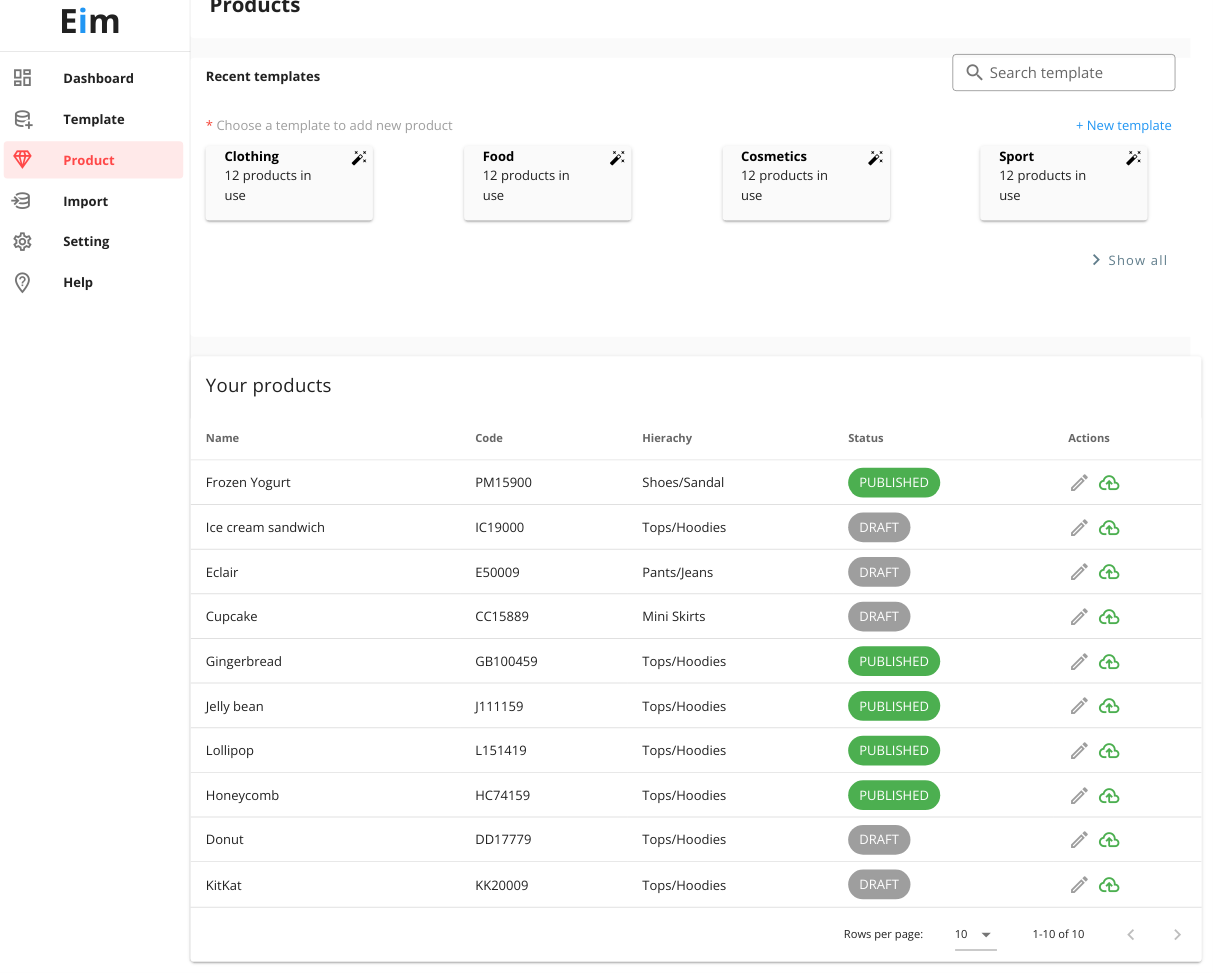
Repository: nguyenphuong152/pim-template
Page: /product
An editor plug-in stored every save of this project. The page is shown before and after the next save, followed by the edit.
The browser window is 1280 px wide. The page is 1304 px wide, so the pictures cover 1304 px, including what lies to the right of the window. The pictures show the whole page, at 93% of full size.
The project was rebuilt for these pictures with package versions that can differ from the ones it lists, and the page was loaded fresh each time. Also part of the build but not shown: vue.config.js, src/views/Home.vue, src/components/Outcome_1/SearchTemplate.vue, src/components/Outcome_1/YourTemplate.vue, src/components/Outcome_1/ListComponent.vue, src/components/Outcome_1/AddInfo.vue, src/components/Outcome_1/AddDetail.vue, src/components/Outcome_1/ListComponentProgressive.vue and 18 more.

Above is the page before, as saved 2021-01-19 00:03:48.

### public/index.html
<!DOCTYPE html>
<html lang="en">
  <head>
    <meta charset="utf-8" />
    <meta http-equiv="X-UA-Compatible" content="IE=edge" />
    <meta name="viewport" content="width=device-width,initial-scale=1.0" />
    <link rel="icon" href="<%= BASE_URL %>favicon.ico" />
    <link rel="preconnect" href="https://fonts.gstatic.com" />
    <link rel="preconnect" href="https://fonts.gstatic.com" />
    <link rel="preconnect" href="https://fonts.gstatic.com" />
    <link
      href="https://fonts.googleapis.com/css2?family=Open+Sans:wght@300;400;600;700;800&display=swap"
      rel="stylesheet"
    />
    <link
      href="https://fonts.googleapis.com/css?family=Montserrat:300,400,500,600,700"
      rel="stylesheet"
    />
    <title><%= htmlWebpackPlugin.options.title %></title>
    <link
      rel="stylesheet"
      href="https://fonts.googleapis.com/css?family=Roboto:100,300,400,500,700,900"
    />
    <link
      rel="stylesheet"
      href="https://cdn.jsdelivr.net/npm/@mdi/font@latest/css/materialdesignicons.min.css"
    />
  </head>
  <body>
    <noscript>
      <strong
        >We're sorry but <%= htmlWebpackPlugin.options.title %> doesn't work
        properly without JavaScript enabled. Please enable it to
        continue.</strong
      >
    </noscript>
    <div id="app"></div>
    <!-- built files will be auto injected -->
  </body>
</html>

### src/main.js
import Vue from "vue";
import App from "./App.vue";
import router from "./router";
import "../sass/style.scss";
import vuetify from "./plugins/vuetify";
import store from "./store";
import { VueMaskDirective } from "v-mask";
Vue.directive("mask", VueMaskDirective);

Vue.config.productionTip = false;

new Vue({
  store,
  router,
  vuetify,
  render: (h) => h(App),
}).$mount("#app");

### src/App.vue
<template>
  <v-app v-bind:style="{ background: activeColor }">
    <v-card height="80" flat class="hidden-md-and-up align-baseline">
      <v-row style="height:0px">
        <v-col class="px-0" cols="3">
          <span class="logo text-start">
            E<span class="blue--text">i</span>m</span
          >
        </v-col>
        <v-col>
          <div class="text-end">
            <v-menu offset-y>
              <template v-slot:activator="{ on }">
                <v-app-bar-nav-icon v-on="on"></v-app-bar-nav-icon>
              </template>
              <v-list>
                <v-list-item
                  v-for="(item, index) in items"
                  :key="index"
                  :to="item.path"
                  color="blue"
                >
                  <v-list-item-title class="text-start">{{
                    item.title
                  }}</v-list-item-title>
                </v-list-item>
              </v-list>
            </v-menu>
          </div>
        </v-col>
      </v-row>
    </v-card>

    <v-row>
      <v-col cols="2" class="pa-0 hidden-xs-only">
        <v-navigation-drawer permanent width="220" class="hidden-xs-only">
          <v-list-item>
            <v-list-item-content>
              <v-list-item-title class="logo">
                E<span class="blue--text">i</span>m
              </v-list-item-title>
            </v-list-item-content>
          </v-list-item>

          <v-divider></v-divider>

          <v-list dense nav class="text-start pl-4">
            <v-list-item
              v-for="item in items"
              :key="item.title"
              :to="item.path"
              color="#FF4848"
            >
              <v-list-item-icon>
                <v-icon>{{ item.icon }}</v-icon>
              </v-list-item-icon>
              <v-list-item-content>
                <v-list-item-title class="template-title font-weight-bold ">{{
                  item.title
                }}</v-list-item-title>
              </v-list-item-content>
            </v-list-item>
          </v-list>
        </v-navigation-drawer>
      </v-col>
      <v-col class="pa-0">
        <router-view />
      </v-col>
    </v-row>
  </v-app>
</template>

<script>
export default {
  name: "App",
  components: {},
  watch: {
    $route(to) {
      document.title = `${to.meta.title}`;
    },
  },
  data() {
    return {
      clicked: false,
      activeColor: "#FAFAFA",
      items: [
        { title: "Dashboard", icon: "mdi-view-dashboard-outline", path: "" },
        {
          title: "Template",
          icon: "mdi-database-plus-outline",
          path: "/template",
        },
        { title: "Product", icon: "mdi-diamond-stone", path: "/product" },
        {
          title: "Import",
          icon: "mdi-database-import-outline",
          path: "/import",
        },

        { title: "Setting", icon: "mdi-cog-outline", path: "" },
        { title: "Help", icon: "mdi-map-marker-question-outline", path: "" },
      ],
      right: null,
    };
  },
};
</script>

### src/router/index.js
import Vue from "vue";
import VueRouter from "vue-router";
import Home from "../views/Home.vue";
import Template from "../views/Outcome_1/CreateProductTemplate.vue";
import Product from "../views/Outcome_2/Outcome_2_screen.vue";
import AddProduct from "../views/Outcome_2/AddProduct.vue";
import Import from "../views/Outcome_3/outcome3_screen.vue";

Vue.use(VueRouter);

const routes = [
  {
    path: "/",
    name: "Home",
    component: Home,
  },
  {
    path: "/template",
    name: "Template",
    component: Template,
    meta: {
      title: "Add Template",
    },
  },
  {
    path: "/product",
    name: "Product",
    component: Product,
    meta: {
      title: "Product",
    },
  },
  {
    path: "/addproduct/:name",
    name: "AddProduct",
    component: AddProduct,
    meta: {
      title: "Add Product",
    },
  },
  {
    path: "/import",
    name: "Import",
    component: Import,
    meta: {
      title: "Import",
    },
  },
  {
    path: "/about",
    name: "About",
    // route level code-splitting
    // this generates a separate chunk (about.[hash].js) for this route
    // which is lazy-loaded when the route is visited.
    component: () =>
      import(/* webpackChunkName: "about" */ "../views/About.vue"),
  },
];

const router = new VueRouter({
  mode: "history",
  base: process.env.BASE_URL,
  routes,
});

export default router;

### sass/style.scss
$font-primary: 'Open Sans',
sans-serif;

@import "~vuetify/src/styles/styles.sass";

$fontsize-content: 14px;
$fontsize-title: 24px;
$fontsize-logo:36px;
$fontsize-header:22px;
$fontsize-nav:20px;


#app {
  font-family: $font-primary;
   font-size:$fontsize-content;
  -webkit-font-smoothing: antialiased;
  -moz-osx-font-smoothing: grayscale;
  text-align: center;
  color: #2c3e50;
}

#nav {
  padding: 30px;
}

#nav a {
  font-weight: bold;
  color: #2c3e50;
}

#nav a.router-link-exact-active {
  color: #42b983;
}

.title {
  font: $font-primary !important;
  font-size: $fontsize-nav !important;
}

.logo {
  @extend .title;
  font-weight: 700 !important;
  font-size: $fontsize-logo !important;
}

.text-header {
  font: $font-primary !important;
  font-size: $fontsize-header !important;
  font-weight: 700;
}


.template-title {
  @extend .title;
  font-size: $fontsize-content !important;
}

### src/store/index.js
import Vue from "vue";
import Vuex from "vuex";

Vue.use(Vuex);

import state from "./state";
import * as getters from "./getters";
import * as mutations from "./mutations";
import * as actions from "./actions";

export default new Vuex.Store({
  state,
  getters,
  mutations,
  actions,
});

### src/views/Outcome_2/Outcome_2_screen.vue
<template>
  <div>
    <v-row>
      <v-col height="100%"
        ><Search />
        <br />
        <RecentTemplate />
        <br />
        <ListProduct
          :class="{
            'mx-6': $vuetify.breakpoint.smAndDown,
            'ma-0': $vuetify.breakpoint.mdAndUp,
          }"
        />
      </v-col>
    </v-row>
  </div>
</template>

<script>
import Search from "../../components/Outcome_2/SearchProduct";
import RecentTemplate from "../../components/Outcome_2/RecentTemplate";
import ListProduct from "../../components/Outcome_2/ListProduct";
export default {
  components: {
    Search,
    RecentTemplate,
    ListProduct,
  },
};
</script>

<style></style>

### src/store/state.js
export default {
  listNewComponent: [],

  basicInfo: [],
  textComponent: [],
  imageComponent: null,
  videoComponent: null,
  colorComponent: null,
  dateComponent: [],
  selectComponent: {
    selectionTitle: [],
  },
  listTemplate: [],
  customComponent: [],

  toogleRerenderComponent: 0,
  generateImage: 1,
};

### src/store/getters.js
export const listComponent = (state) => {
  return state.listNewComponent;
};

export const basicInfo = (state) => {
  return state.basicInfo;
};

export const textComponent = (state) => {
  return state.textComponent;
};
export const imageComponent = (state) => {
  return state.imageComponent;
};
export const videoComponent = (state) => {
  return state.videoComponent;
};
export const colorComponent = (state) => {
  return state.colorComponent;
};
export const dateComponent = (state) => {
  return state.dateComponent;
};
export const selectComponent = (state) => {
  return state.selectComponent;
};

export const key = (state) => {
  return state.toogleRerenderComponent;
};

export const listTemplate = (state) => {
  return state.listTemplate;
};

export const generateImage = (state) => {
  return state.generateImage;
};

### src/store/actions.js
export const addComponentToList = ({ commit }, { component }) => {
  commit("ADD_TO_LIST", { component });
};

export const deleteComponentFromList = ({ commit }, component) => {
  commit("DELETE_FROM_LIST", component);
};

export const addBasicInfoForTemplate = ({ commit }, { basicInfo }) => {
  commit("ADD_BASIC_INFO_FOR_TEMPLATE", basicInfo);
};

export const addTextComponentForTemplate = ({ commit }, { textComponent }) => {
  commit("ADD_TEXT_COMPONENT_FOR_TEMPLATE", textComponent);
};

export const addImageComponentForTemplate = ({ commit }, { countImage }) => {
  commit("ADD_IMAGE_COMPONENT_FOR_TEMPLATE", countImage);
};

export const addVideoComponentForTemplate = ({ commit }, { countVideo }) => {
  commit("ADD_VIDEO_COMPONENT_FOR_TEMPLATE", countVideo);
};

export const addColorComponentForTemplate = ({ commit }, { countColor }) => {
  commit("ADD_COLOR_COMPONENT_FOR_TEMPLATE", countColor);
};

export const addDateComponentForTemplate = ({ commit }, { dateComponent }) => {
  commit("ADD_DATE_COMPONENT_FOR_TEMPLATE", dateComponent);
};

export const addSelectComponentForTemplate = (
  { commit },
  { title, selections }
) => {
  commit("ADD_SELECT_COMPONENT_FOR_TEMPLATE", { title, selections });
};

export const rerenderComponent = ({ commit }) => {
  commit("RERENDER_COMPONENT");
};

export const generateImage = ({ commit }) => {
  commit("GENERATE_IMAGE");
};

export const deleteListTemplate = ({ commit }) => {
  commit("DELETE_LIST");
};

export const createTemplate = (
  { commit },
  {
    name,
    basicInfo,
    textComponent,
    imageComponent,
    videoComponent,
    colorComponent,
    dateComponent,
    selectComponent,
  }
) => {
  commit("CREATE_TEMPLATE", {
    name,
    basicInfo,
    textComponent,
    imageComponent,
    videoComponent,
    colorComponent,
    dateComponent,
    selectComponent,
  });
};

### src/components/Outcome_2/SearchProduct.vue
<template>
  <v-card class="text-start" height="65" flat>
    <v-row class="d-flex align-baseline">
      <v-col md="10" class="text-header pl-8">Products</v-col>
    </v-row>
  </v-card>
</template>

<script>
export default {
  methods: {},
};
</script>

<style></style>

### src/components/Outcome_2/RecentTemplate.vue
<template>
  <v-card :height="setHeight" width="100%" class="py-2" flat>
    <v-row class="align-baseline mx-4">
      <v-col class="py-0 text-start px-0" cols="9"
        ><span class="font-weight-bold">Recent templates</span>
      </v-col>
      <v-col class="py-0 hidden-xs-only">
        <v-text-field
          outlined
          dense
          label="Search template"
          hint="Example: Clothes"
          prepend-inner-icon="mdi-magnify"
        ></v-text-field>
      </v-col>
    </v-row>
    <v-row class="mx-4">
      <span class="grey--text"
        ><span class="red--text">* </span> Choose a template to add new
        product</span
      >
      <v-spacer></v-spacer>
      <span class="blue--text hidden-xs-only mr-4">+ New template</span>
    </v-row>
    <v-row>
      <v-col v-for="(item, i) in items" :key="i" class="mx-4 " xs="6">
        <v-card
          color="#fafafa"
          :width="setWidthCard"
          height="80"
          @click="addProduct(item.name)"
        >
          <div class="d-flex child-flex justify-space-between">
            <v-row>
              <v-col class="text-start pl-8">
                <span class="template-title font-weight-bold black--text">{{
                  item.name
                }}</span>
                <br />
                <span class="font-weight-thin">{{ item.products }}</span>
              </v-col>
              <v-col cols="1">
                <v-icon color="black" size="18" @click="showAddTemplate()"
                  >mdi-auto-fix</v-icon
                >
              </v-col>
            </v-row>
          </div>
        </v-card>
      </v-col>
      <v-row class="align-baseline hidden-md-and-up">
        <v-col class="text-start pl-10">
          <v-btn outlined style="text-transform:none" color="blue"
            >Add template</v-btn
          >
        </v-col>
        <v-col cols="5">
          <v-dialog v-model="dialog" scrollable max-width="300px">
            <template v-slot:activator="{ on, attrs }">
              <v-btn
                color="blue-grey"
                dark
                v-bind="attrs"
                v-on="on"
                text
                style="text-transform:none"
              >
                <v-icon color="blue-grey"> mdi-chevron-right </v-icon>Show all
              </v-btn>
            </template>
            <v-card height="100%">
              <v-card-title>
                Your template
                <v-spacer></v-spacer>
                <v-icon color="red" @click="dialog = false"
                  >mdi-window-close</v-icon
                >
              </v-card-title>
              <v-divider></v-divider>
              <v-card-text style="height:500px;">
                <v-col v-for="(item, i) in templates" :key="i"
                  ><v-card color="#fafafa" @click="addProduct(item.name)">
                    <div class="d-flex flex-no-wrap justify-space-between">
                      <div>
                        <v-row>
                          <v-col class="text-start pl-8">
                            <span
                              class="template-title font-weight-bold black--text"
                              >{{ item.name }}</span
                            >
                            <br />
                            <span class="font-weight-thin">{{
                              item.products
                            }}</span>
                          </v-col>
                        </v-row>
                      </div>
                    </div>
                  </v-card></v-col
                ></v-card-text
              >
            </v-card>
          </v-dialog>
        </v-col>
      </v-row>
    </v-row>
    <v-row>
      <v-col cols="10" class="px-0"></v-col>
      <v-col class="px-0">
        <v-dialog v-model="dialog" scrollable max-width="300px">
          <template v-slot:activator="{ on, attrs }">
            <v-btn
              color="blue-grey"
              dark
              v-bind="attrs"
              v-on="on"
              text
              style="text-transform:none"
            >
              <v-icon color="blue-grey"> mdi-chevron-right </v-icon>Show all
            </v-btn>
          </template>
          <v-card height="100%">
            <v-card-title>
              Your template
              <v-spacer></v-spacer>
              <v-icon color="red" @click="dialog = false"
                >mdi-window-close</v-icon
              >
            </v-card-title>
            <v-divider></v-divider>
            <v-card-text style="height:500px;">
              <v-col v-for="(item, i) in templates" :key="i"
                ><v-card color="#fafafa" @click="addProduct(item.name)">
                  <div class="d-flex flex-no-wrap justify-space-between">
                    <div>
                      <v-row>
                        <v-col class="text-start pl-8">
                          <span
                            class="template-title font-weight-bold black--text"
                            >{{ item.name }}</span
                          >
                          <br />
                          <span class="font-weight-thin">{{
                            item.products
                          }}</span>
                        </v-col>
                      </v-row>
                    </div>
                  </div>
                </v-card></v-col
              ></v-card-text
            >
          </v-card>
        </v-dialog>
      </v-col>
    </v-row>
  </v-card>
</template>

<script>
export default {
  data: () => ({
    dialog: false,
    items: [
      {
        name: "Clothing",
        products: "12 products in use",
      },
      {
        name: "Food",
        products: "12 products in use",
      },
      {
        name: "Cosmetics",
        products: "12 products in use",
      },
      {
        name: "Sport",
        products: "12 products in use",
      },
    ],
    templates: [
      {
        name: "Clothing",
        products: "12 products in use",
      },
      {
        name: "Food",
        products: "12 products in use",
      },
      {
        name: "Cosmetics",
        products: "12 products in use",
      },
      {
        name: "Sport",
        products: "12 products in use",
      },
    ],
  }),
  methods: {
    addProduct(text) {
      this.$router.push({
        name: "AddProduct",
        params: { name: text },
      });
    },
  },
  created() {
    this.listTemplate = this.$store.getters.listTemplate;
    for (var i = 0; i < this.listTemplate.length; i++) {
      var element = {};
      element.name = this.listTemplate[i].name;
      element.products = "Add new product !";
      this.templates.unshift(element);
    }
  },
  computed: {
    setHeight() {
      if (
        this.$vuetify.breakpoint.name === "xs" ||
        this.$vuetify.breakpoint.name === "sm"
      ) {
        return 350;
      } else return 300;
    },
    setWidthCard() {
      if (
        this.$vuetify.breakpoint.name === "xs" ||
        this.$vuetify.breakpoint.name === "sm"
      ) {
        return 150;
      } else if (this.$vuetify.breakpoint.name === "md") {
        return 200;
      } else return 180;
    },
  },
};
</script>

<style></style>

### src/components/Outcome_2/ListProduct.vue
<template>
  <v-card>
    <v-card-title>
      Your products
    </v-card-title>
    <v-data-table :headers="headers" :items="desserts">
      <template v-slot:item.status="{ item }">
        <v-chip :color="getColor(item.status)" dark>
          {{ item.status }}
        </v-chip>
      </template>
      <template v-slot:item.actions="{ item }">
        <v-icon medium class="mr-2" @click="editItem(item)" color="grey">
          mdi-pencil-outline
        </v-icon>
        <v-icon medium @click="deleteItem(item)" color="green">
          mdi-cloud-upload-outline
        </v-icon>
      </template>
    </v-data-table>
  </v-card>
</template>

<script>
export default {
  data() {
    return {
      search: "",
      headers: [
        {
          text: "Name",
          align: "start",
          sortable: false,
          value: "name",
        },
        { text: "Code", value: "code" },
        { text: "Hierachy", value: "hierachy" },
        { text: "Status", value: "status" },
        { text: "Actions", value: "actions", sortable: false },
      ],
      desserts: [
        {
          name: "Frozen Yogurt",
          code: "PM15900",
          hierachy: "Shoes/Sandal",
          status: "PUBLISHED",
        },
        {
          name: "Ice cream sandwich",
          code: "IC19000",
          hierachy: "Tops/Hoodies",
          status: "DRAFT",
        },
        {
          name: "Eclair",
          code: "E50009",
          hierachy: "Pants/Jeans",
          status: "DRAFT",
        },
        {
          name: "Cupcake",
          code: "CC15889",
          hierachy: "Mini Skirts",
          status: "DRAFT",
        },
        {
          name: "Gingerbread",
          code: "GB100459",
          hierachy: "Tops/Hoodies",
          status: "PUBLISHED",
        },
        {
          name: "Jelly bean",
          code: "J111159",
          hierachy: "Tops/Hoodies",
          status: "PUBLISHED",
        },
        {
          name: "Lollipop",
          code: "L151419",
          hierachy: "Tops/Hoodies",
          status: "PUBLISHED",
        },
        {
          name: "Honeycomb",
          code: "HC74159",
          hierachy: "Tops/Hoodies",
          status: "PUBLISHED",
        },
        {
          name: "Donut",
          code: "DD17779",
          hierachy: "Tops/Hoodies",
          status: "DRAFT",
        },
        {
          name: "KitKat",
          code: "KK20009",
          hierachy: "Tops/Hoodies",
          status: "DRAFT",
        },
      ],
    };
  },
  methods: {
    getColor(status) {
      if (status === "DRAFT") return "grey";
      else return "green";
    },
  },
};
</script>

Loaded but not shown: src/plugins/vuetify.js (common file); src/store/mutations.js (113 lines, source omitted)

After the next save:
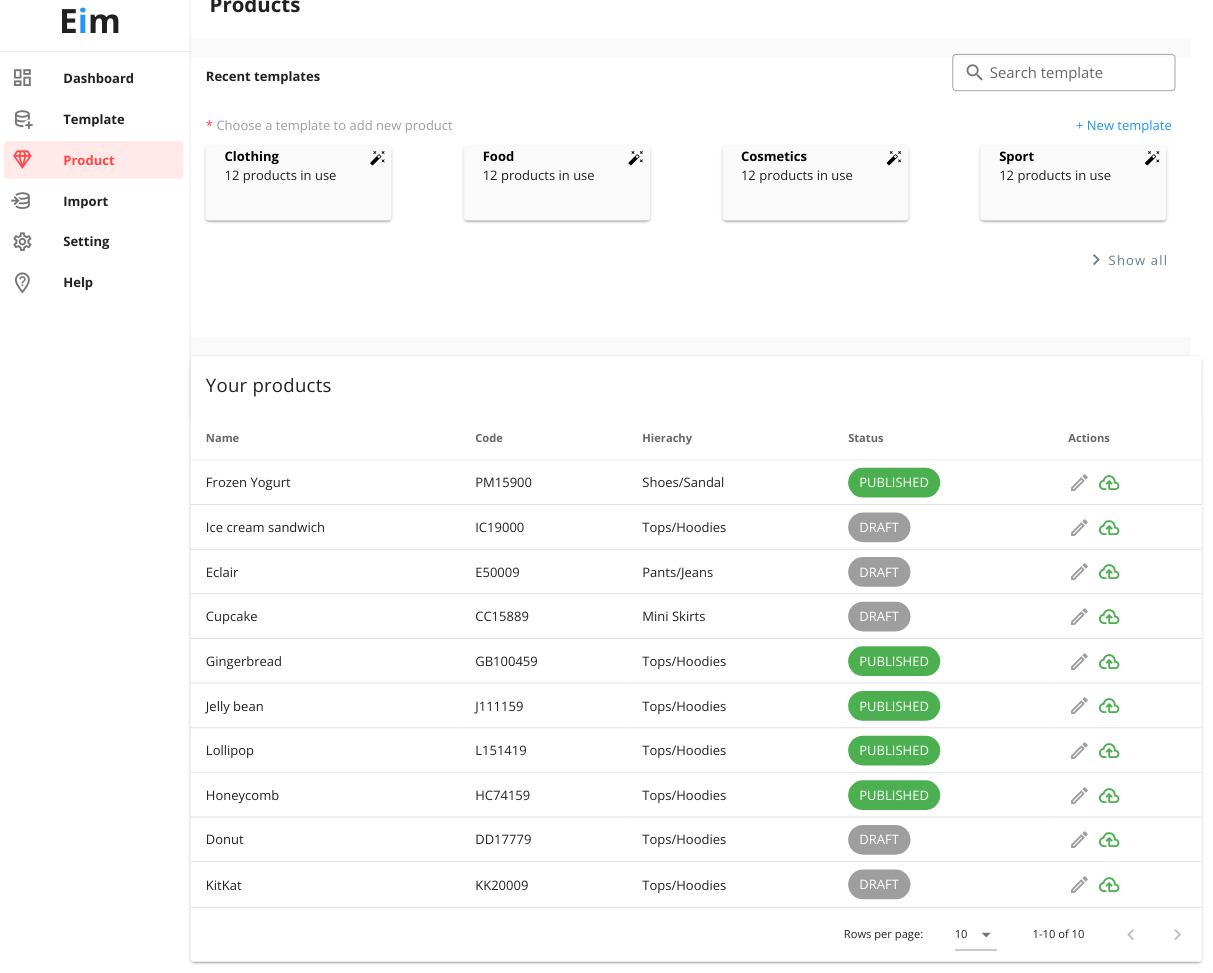
Saved 6 s later.
--- a/src/components/Outcome_2/RecentTemplate.vue
+++ b/src/components/Outcome_2/RecentTemplate.vue
@@ -233,7 +233,7 @@ export default {
         return 150;
       } else if (this.$vuetify.breakpoint.name === "md") {
         return 200;
-      } else return 180;
+      } else return 200;
     },
   },
 };
